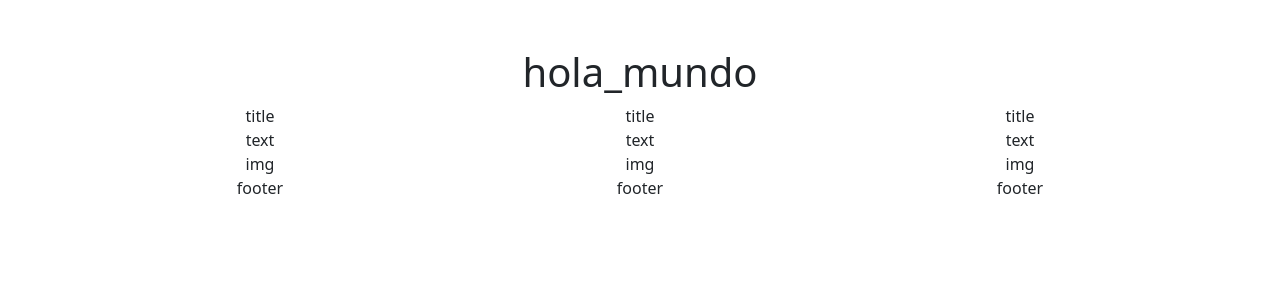
Repository: jorgi710/Prueba-Bootstrap
Page: /
An editor plug-in stored every save of this project. The page is shown before and after the next save, followed by the edit.
The browser window is 1280 px wide. The pictures show the whole page.
The project was rebuilt for these pictures with package versions that can differ from the ones it lists, and the page was loaded fresh each time. Also part of the build but not shown: src/App.css.

Above is the page before, as saved 2021-03-30 10:21:34.

### src/index.js
import React from 'react';
import ReactDOM from 'react-dom';
import App from './App';
import 'bootstrap/dist/css/bootstrap.min.css';


ReactDOM.render(
  <React.StrictMode>
    <App />
  </React.StrictMode>,
  document.getElementById('root')
);

### src/App.js
import './App.css';
import Header from './components/Header';

function App() {
  return (
    <div className=" container mt-5 text-center">
      <h1>hola_mundo</h1>
      <div className="row">
        <div className="col-4">
          <Header/>
        </div>
        <div className="col-4">
        <Header/>
        </div>
        <div className="col-4">
        <Header/>
        </div>
      </div>
    </div>
  );
}

export default App;

### src/components/Header.jsx
import React from 'react'

const Header = () => {
    return (
        <>
            <div>title</div>
            <div>text</div>
            <div>img</div>
            <div>footer</div>
        </>
    )
}

export default Header

Loaded but not shown: public/index.html (common file); src/App.css (no copy from this time; the picture is the same without it)

After the next save:
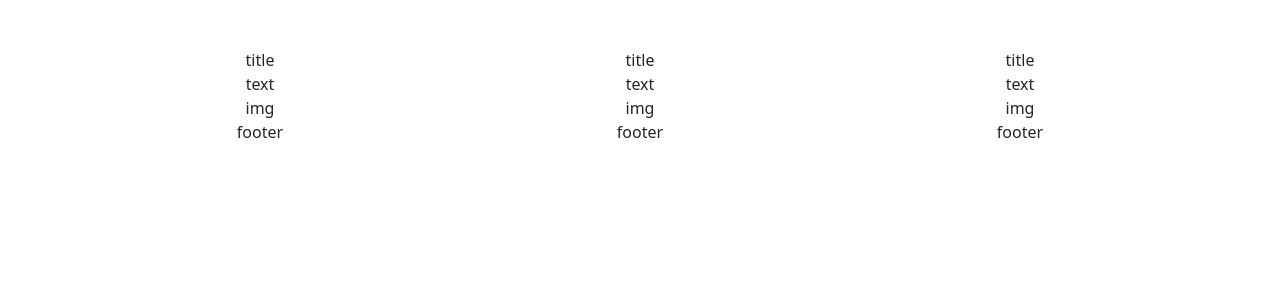
Saved 12 s later.
--- a/src/App.js
+++ b/src/App.js
@@ -4,7 +4,6 @@ import Header from './components/Header';
 function App() {
   return (
     <div className=" container mt-5 text-center">
-      <h1>hola_mundo</h1>
       <div className="row">
         <div className="col-4">
           <Header/>
